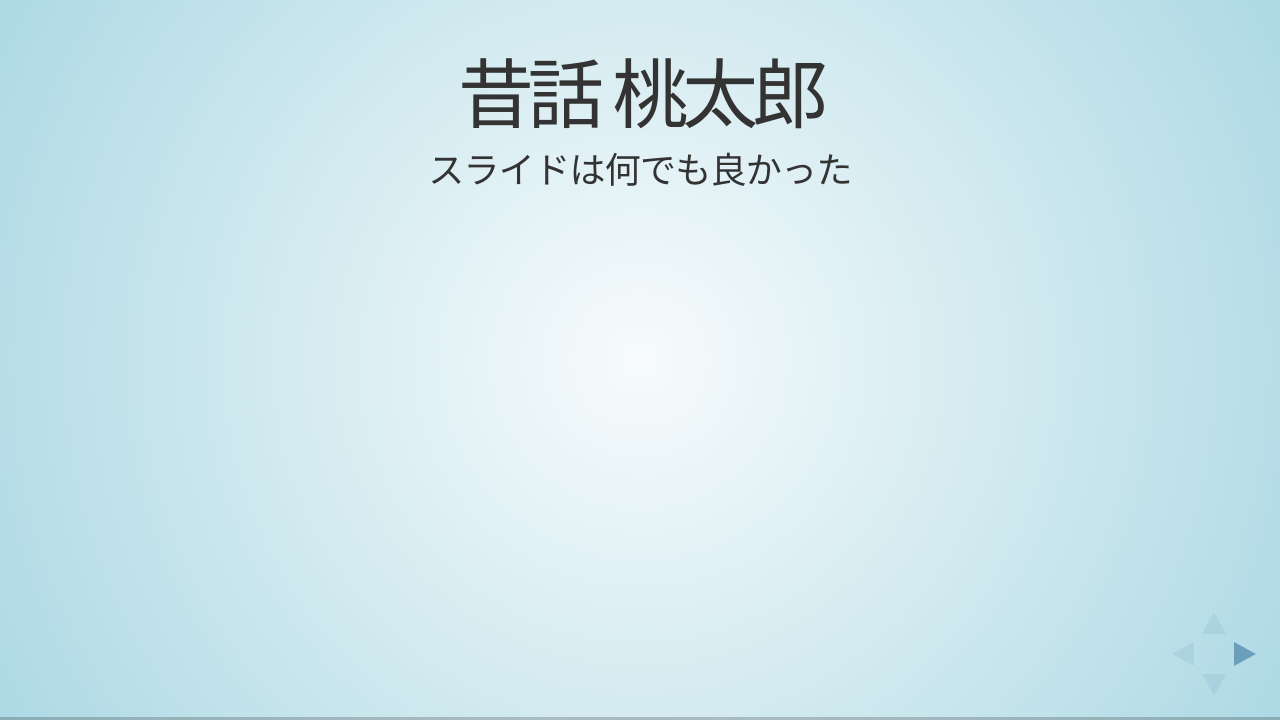
Repository: yanom/yanom-node
Page: client/index.html
The author's editor kept a record of every edit. The page is drawn from the files as they stood at one moment, then again after the next edit.
The browser window is 1280 px wide. The pictures show the whole page.

Above is the page before.

After the next edit:
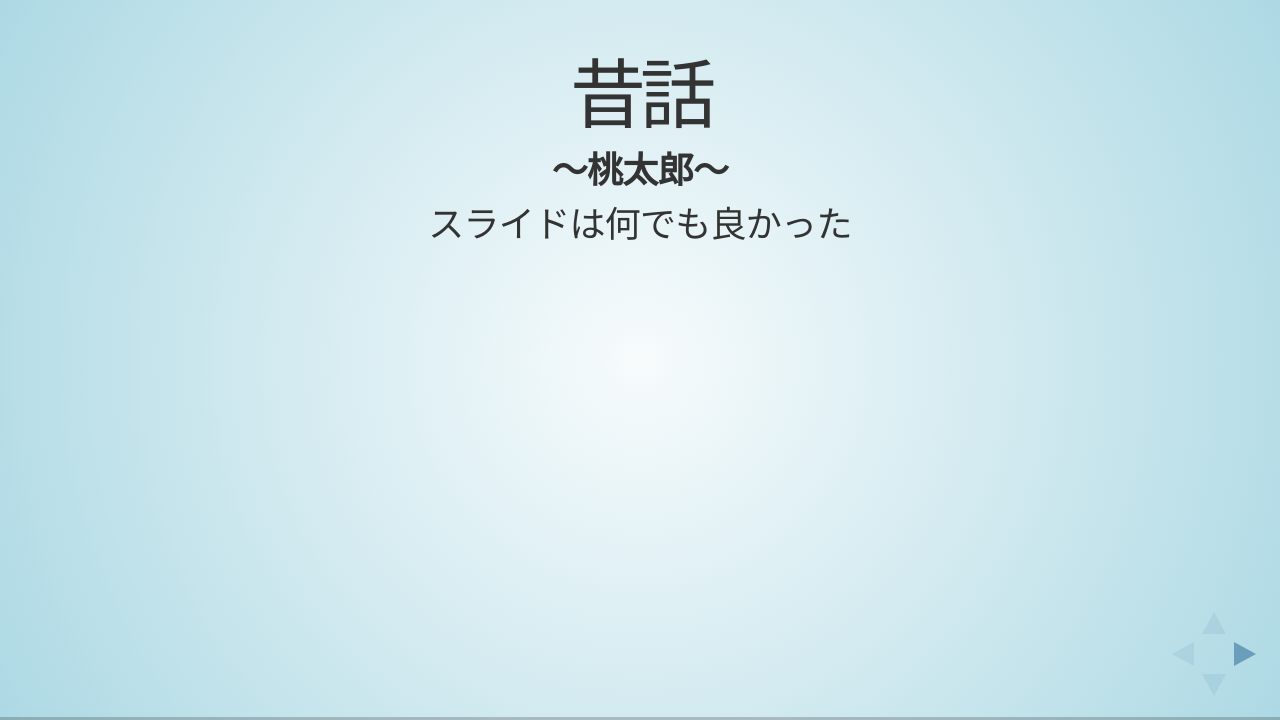
The edit:
--- a/client/index.html
+++ b/client/index.html
@@ -24,7 +24,9 @@
 		<div class="slides">
 
 			<section data-markdown>
-        ## 昔話 桃太郎
+        ## 昔話
+
+        **～桃太郎～**
 
         スライドは何でも良かった
 			</section>
